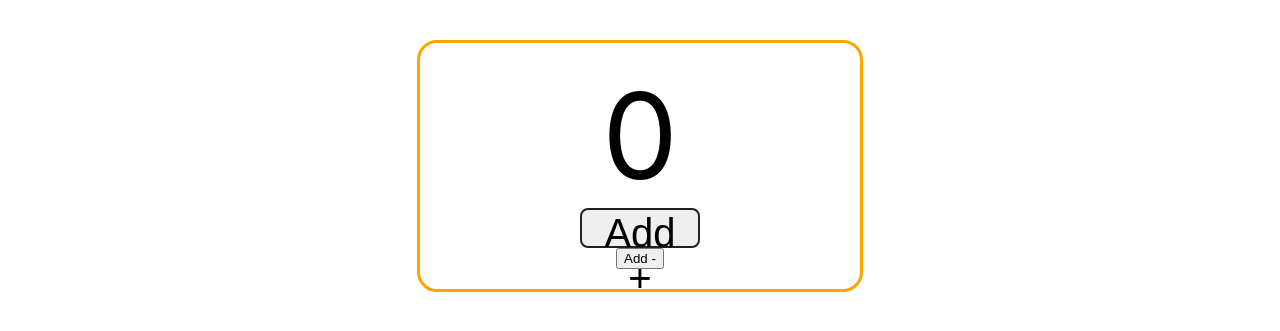
Repository: dnjfht/css-example
Page: /
The author's editor kept a copy of each file at every save. The page is drawn from the files as they stood at one save, then again after the next save.
The browser window is 1280 px wide. The pictures show the whole page.
The project was rebuilt for these pictures with package versions that can differ from the ones it lists, and the page was loaded fresh each time.

Above is the page before, as saved 2023-05-09 18:47:23.

After the next save:
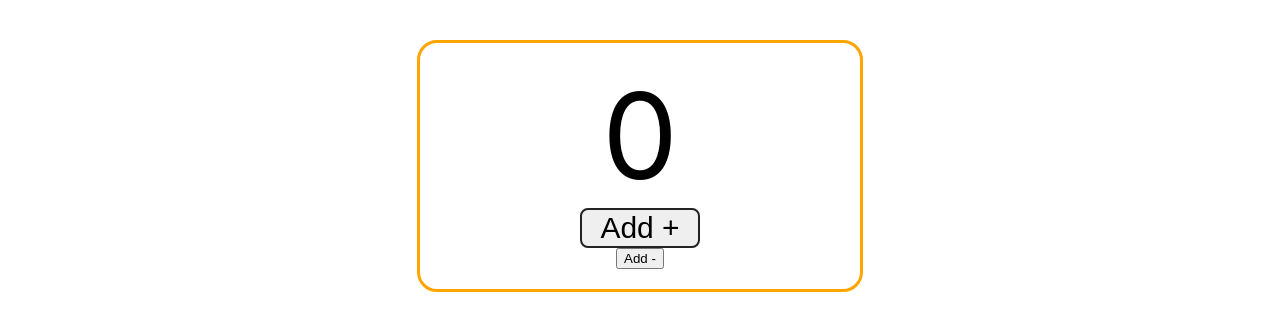
Saved 4 s later.
--- a/src/components/Counter.jsx
+++ b/src/components/Counter.jsx
@@ -29,7 +29,7 @@ export default function Counter({ count, setCount }) {
           height: 40,
           border: "2px solid #222",
           borderRadius: 8,
-          fontSize: 40,
+          fontSize: 30,
         }}
         onClick={handleClickCountUp}
       >
